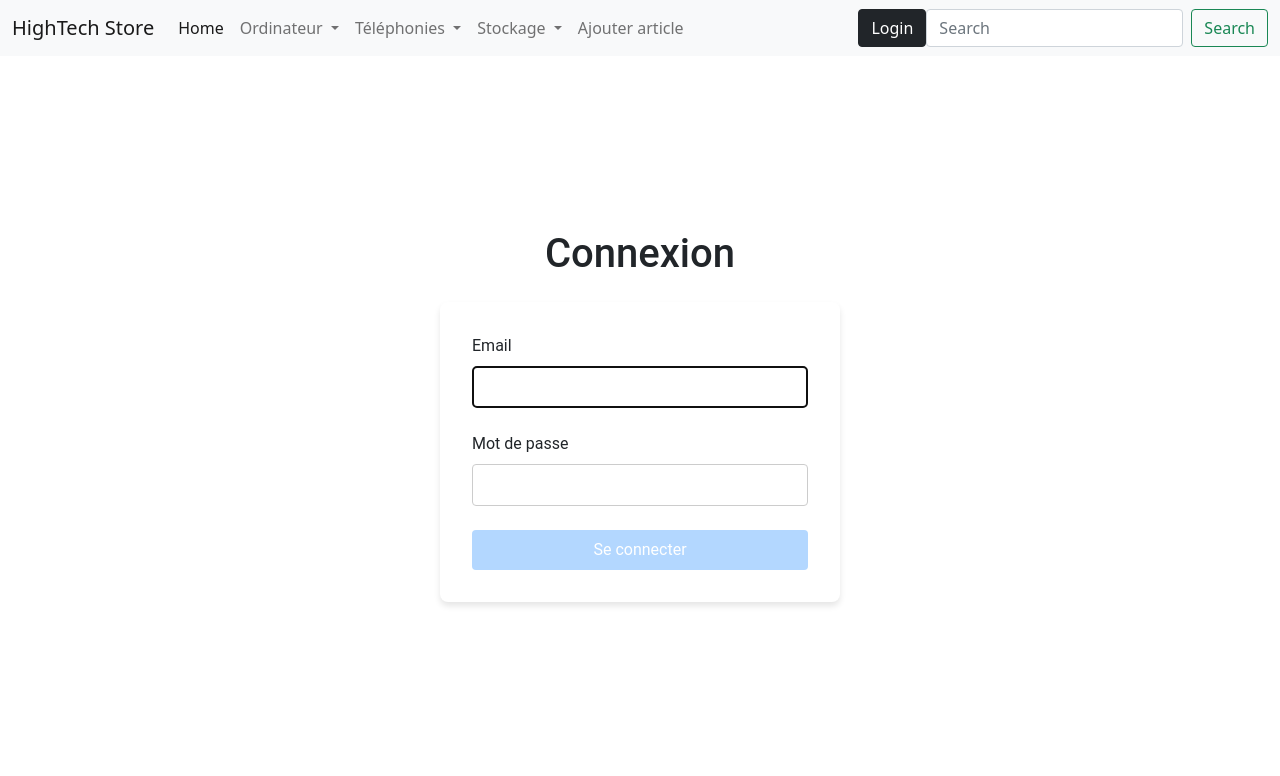
Repository: HaPhuong-krys/M1-angular
Page: /Connexion
An editor plug-in stored every save of this project. The page is shown before and after the next save, followed by the edit.
The browser window is 1280 px wide. The pictures show the whole page.
The project was rebuilt for these pictures with package versions that can differ from the ones it lists, and the page was loaded fresh each time. Also part of the build but not shown: angular.json, src/app/home/home.component.ts, src/app/pc-bureau/pc-bureau.component.ts, src/app/pc-portable/pc-portable.component.ts, src/app/ajouter-article-form/ajouter-article-form.component.ts, src/app/Model/Articles.ts, src/app/accessoire-ordi/accessoire-ordi.component.ts, src/app/smart-phone/smart-phone.component.ts and 10 more.

Above is the page before, as saved 2023-04-23 00:03:24.

After the next save:
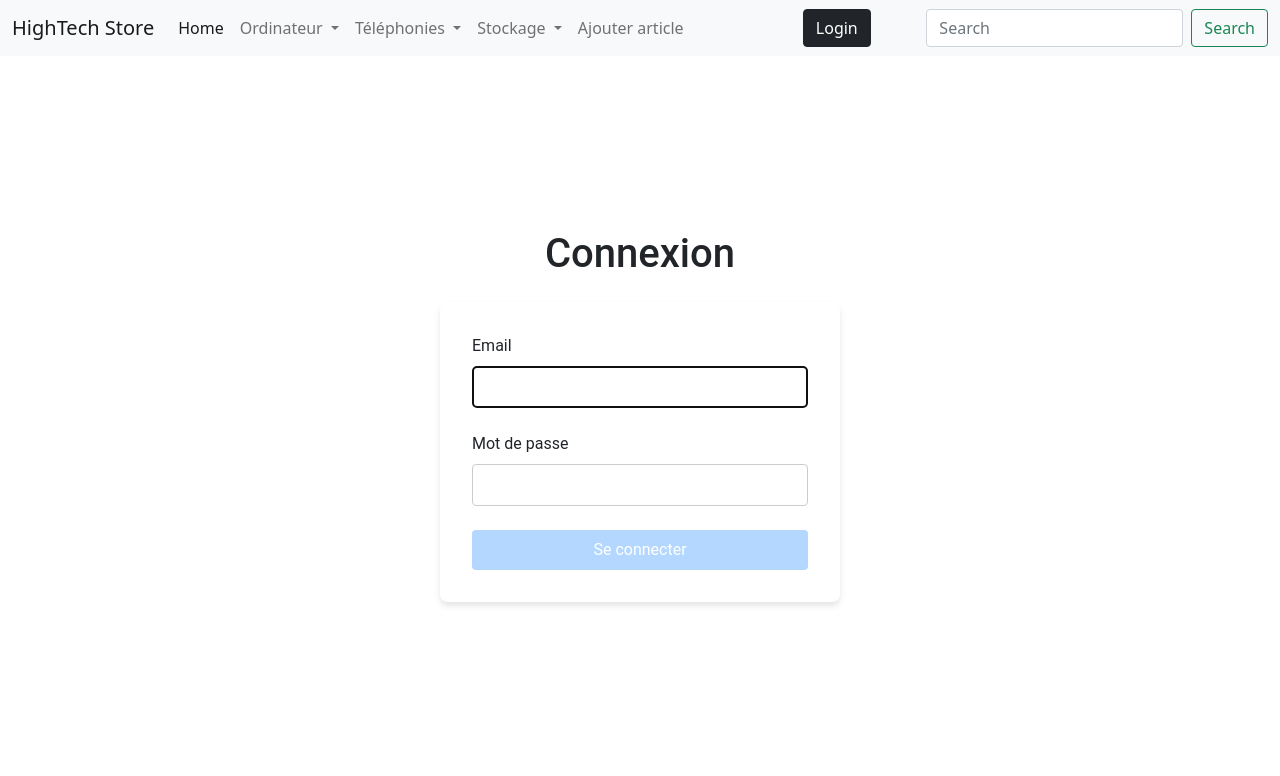
Saved 19 s later.
--- a/src/app/navbar/navbar.component.html
+++ b/src/app/navbar/navbar.component.html
@@ -54,7 +54,7 @@
         <div class="ms-auto ms-2">
             <a href="/Connexion" class="btn btn-dark" role="button">Login</a>
         </div>
-        <form class="d-flex">
+        <form class="d-flex ms-auto ms-2">
           <input class="form-control me-2" type="search" placeholder="Search" aria-label="Search">
           <button class="btn btn-outline-success" type="submit">Search</button>
         </form>
